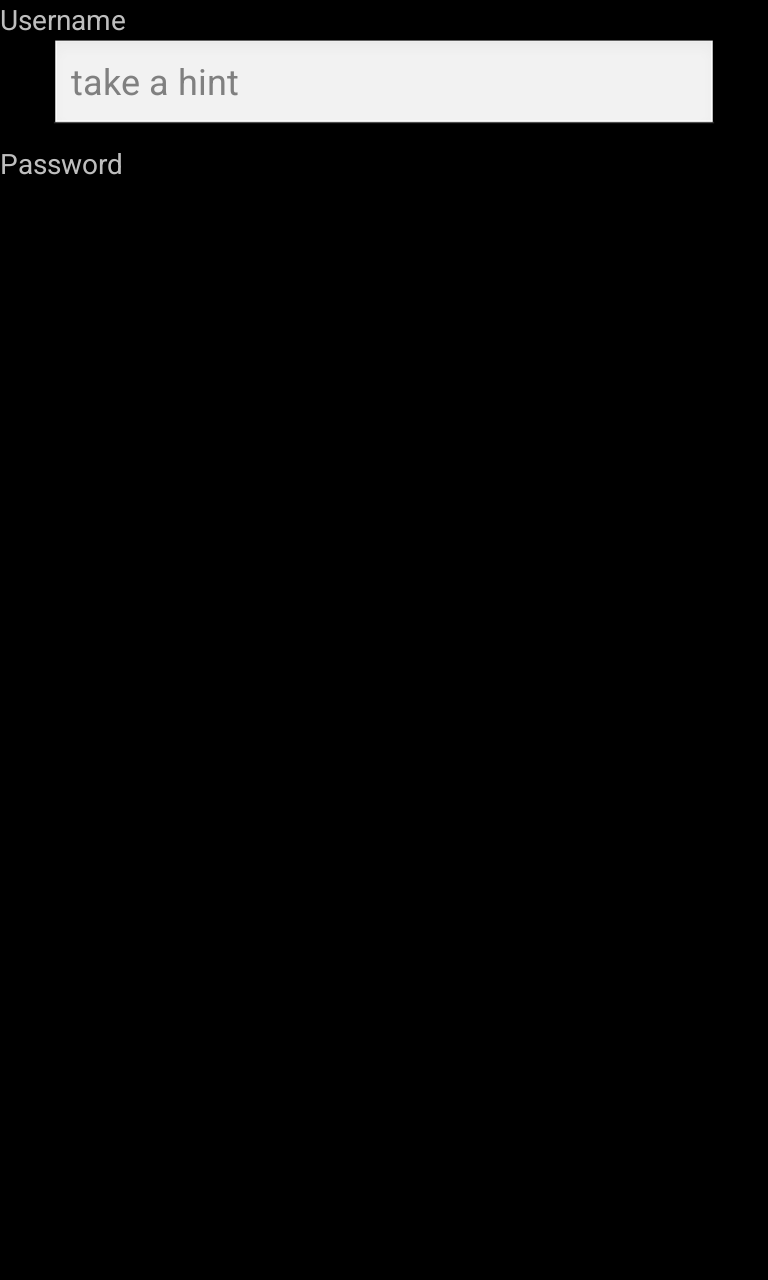
Repository: sergioenriquez/CSTE
Layout: HNAD/res/layout/login.xml
These files come from the project's save history. The layout is drawn as it stood at one moment and after the next save; the edit follows.
It is drawn on a 768 x 1280 px phone screen (xhdpi) without system bars, with theme android:Theme.NoTitleBar; the app's code is not run.

Above is the layout before, as saved 2011-12-18 03:05:50.

### HNAD/res/layout/login.xml
<?xml version="1.0" encoding="utf-8"?>
<LinearLayout xmlns:android="http://schemas.android.com/apk/res/android"
    android:orientation="vertical"
    android:layout_width="fill_parent"
    android:layout_height="fill_parent"
    >
<TextView
    android:layout_width="fill_parent"
    android:layout_height="wrap_content"
    android:text="Username"
    />
<EditText
        android:id="@+id/authUserLink"
        android:layout_width="match_parent"
        android:layout_height="wrap_content"
        android:layout_marginLeft="25dp"
        android:layout_marginRight="25dp"
        android:layout_marginBottom="5dp"
        android:inputType="text"
        android:singleLine="true"
        android:hint="take a hint" />
<TextView
    android:layout_width="fill_parent"
    android:layout_height="wrap_content"
    android:text="Password"
    />
</LinearLayout>

After the next save:
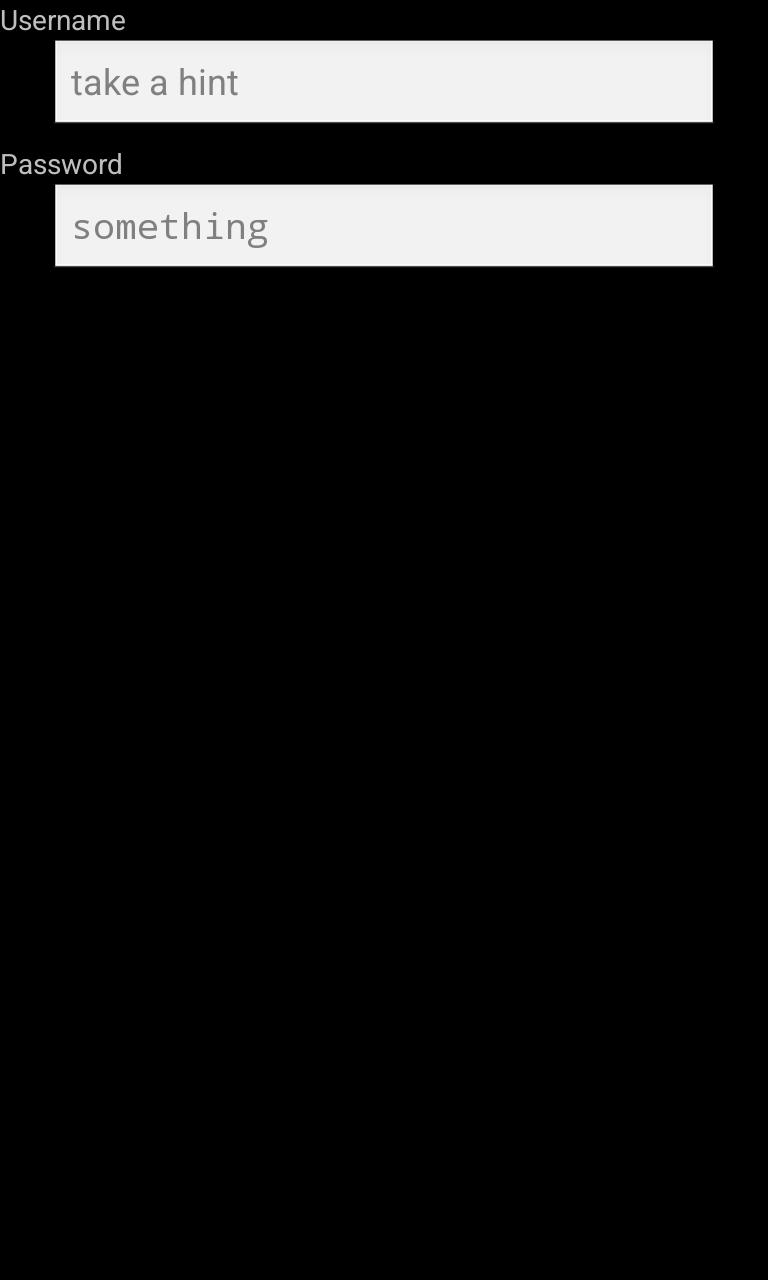
Saved 36 s later.
--- a/HNAD/res/layout/login.xml
+++ b/HNAD/res/layout/login.xml
@@ -24,4 +24,14 @@
     android:layout_height="wrap_content"
     android:text="Password"
     />
+<EditText
+        android:id="@+id/authPassword"
+        android:layout_width="match_parent"
+        android:layout_height="wrap_content"
+        android:layout_marginLeft="25dp"
+        android:layout_marginRight="25dp"
+        android:layout_marginBottom="5dp"
+        android:password="true"
+        android:singleLine="true"
+        android:hint="something" />
 </LinearLayout>
